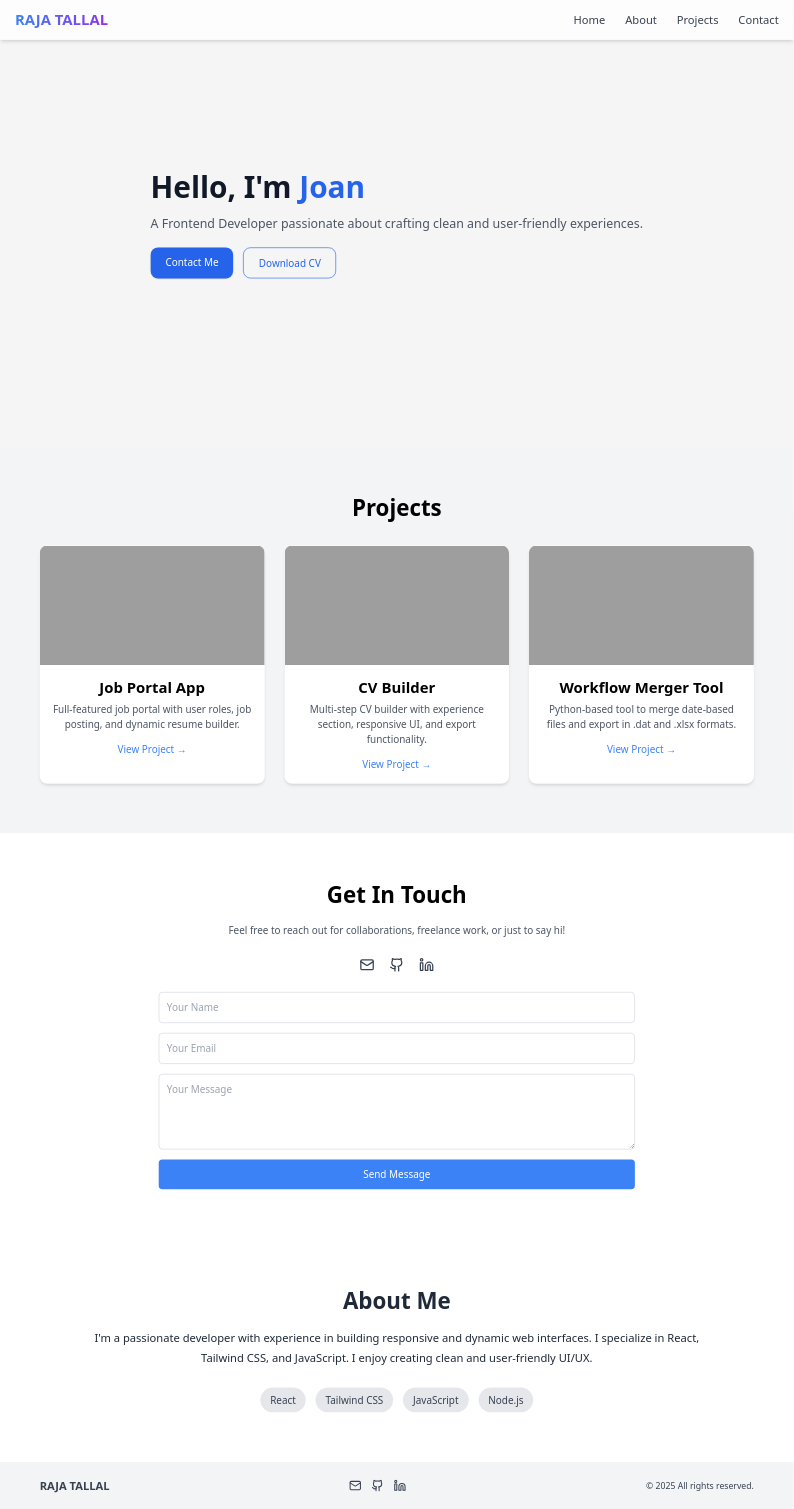
Repository: TalalAhmed011/My-portfolio
Page: /
These files come from the project's save history. The page is drawn as it stood at one moment and after the next save; the edit follows.
The browser window is 1280 px wide. The pictures show the whole page, at 62% of full size.
Pictures or frames that could not be fetched are drawn as grey boxes. The project was rebuilt for these pictures with package versions that can differ from the ones it lists, and the page was loaded fresh each time. Also part of the build but not shown: vite.config.js.

Above is the page before, as saved 2025-08-02 06:36:27.

After the next save:
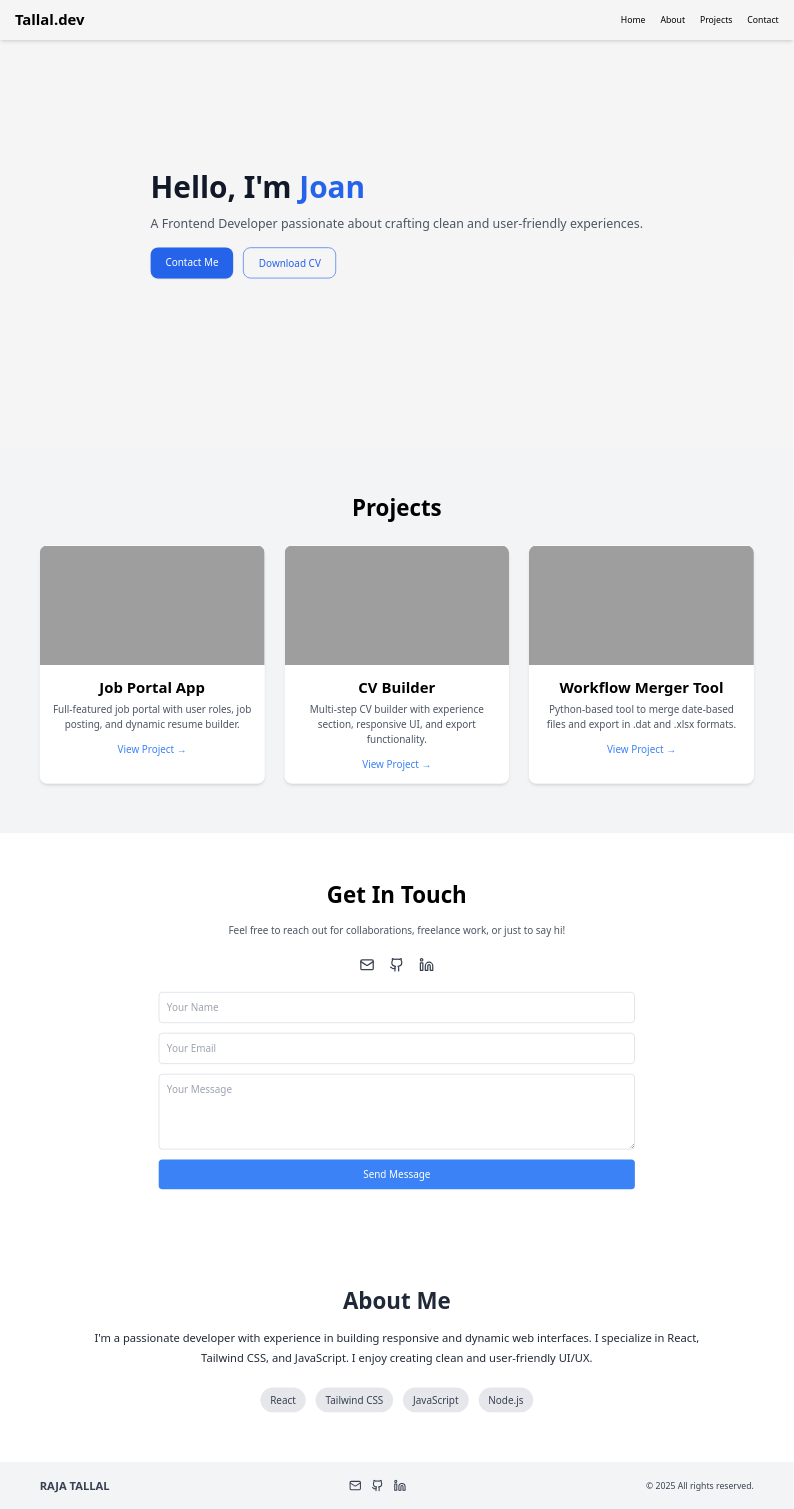
Saved 18 s later.
--- a/src/assets/components/navbar.jsx
+++ b/src/assets/components/navbar.jsx
@@ -1,64 +1,28 @@
-import React, { useState } from "react";
-import { Menu, X } from "lucide-react";
+import React from "react";
 
 const Navbar = () => {
-  const [open, setOpen] = useState(false);
-
-  const navItems = [
-    { name: "Home", href: "#hero" },
-    { name: "About", href: "#about" },
-    { name: "Projects", href: "#projects" },
-    { name: "Contact", href: "#contact" },
-  ];
-
   return (
-    <nav className="fixed top-0 left-0 w-full bg-white/80 backdrop-blur-md shadow-md z-50">
-      <div className="max-w-7xl mx-auto flex justify-between items-center px-6 py-4">
-        <div className="text-2xl font-extrabold bg-gradient-to-r from-blue-500 to-purple-600 bg-clip-text text-transparent">
-          RAJA TALLAL
-        </div>
-
-        {/* Desktop Nav */}
-        <div className="hidden md:flex space-x-8 text-lg font-medium">
-          {navItems.map((item) => (
-            <a
-              key={item.name}
-              href={item.href}
-              className="relative text-gray-700 hover:text-blue-600 transition duration-300 group"
-            >
-              {item.name}
-              <span className="block h-0.5 bg-blue-500 scale-x-0 group-hover:scale-x-100 transition-transform origin-left duration-300"></span>
-            </a>
-          ))}
-        </div>
-
-        {/* Mobile Toggle */}
-        <div className="md:hidden">
-          <button
-            onClick={() => setOpen(!open)}
-            className="text-gray-700 hover:text-blue-600 transition"
-          >
-            {open ? <X size={28} /> : <Menu size={28} />}
-          </button>
-        </div>
+    <header className="bg-background text-textPrimary font-heading fixed w-full top-0 z-50 shadow-md">
+      <div className="max-w-7xl mx-auto px-6 py-4 flex justify-between items-center">
+        <h1 className="text-2xl font-bold text-accent">Tallal.dev</h1>
+        <nav>
+          <ul className="flex space-x-6 text-sm font-body">
+            <li className="hover:text-accent transition duration-300">
+              <a href="#hero">Home</a>
+            </li>
+            <li className="hover:text-accent transition duration-300">
+              <a href="#about">About</a>
+            </li>
+            <li className="hover:text-accent transition duration-300">
+              <a href="#projects">Projects</a>
+            </li>
+            <li className="hover:text-accent transition duration-300">
+              <a href="#contact">Contact</a>
+            </li>
+          </ul>
+        </nav>
       </div>
-
-      {/* Mobile Menu */}
-      {open && (
-        <div className="md:hidden flex flex-col items-center bg-white px-6 pb-4 shadow-md">
-          {navItems.map((item) => (
-            <a
-              key={item.name}
-              href={item.href}
-              className="w-full text-center py-2 text-gray-700 hover:text-blue-600 border-b border-gray-200 transition"
-              onClick={() => setOpen(false)}
-            >
-              {item.name}
-            </a>
-          ))}
-        </div>
-      )}
-    </nav>
+    </header>
   );
 };
 
